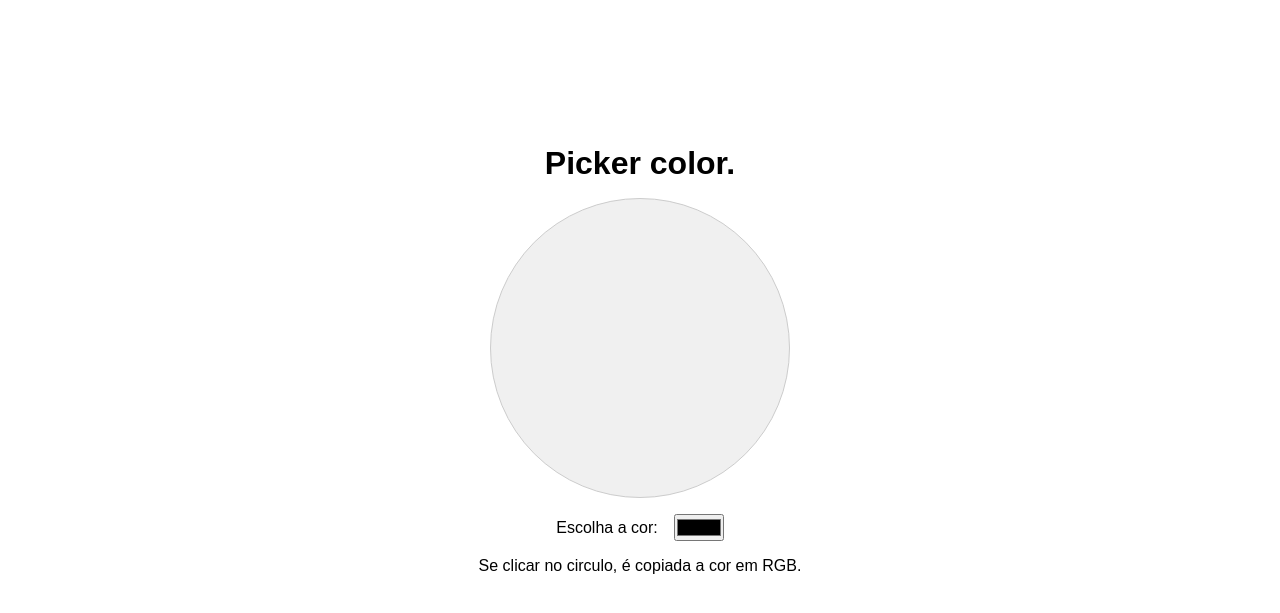
Repository: CarlosEduardoVdeOliveira/100_dias_de_codigo
Page: Dia 11/index.html
An editor plug-in stored every save of this project. The page is shown before and after a run of saves, followed by the edit.
The browser window is 1280 px wide. The pictures show the whole page.
Some web fonts or font styles are not loaded; a fallback is used.

Above is the page before, as saved 2024-09-13 14:32:12.

After the next 2 saves:
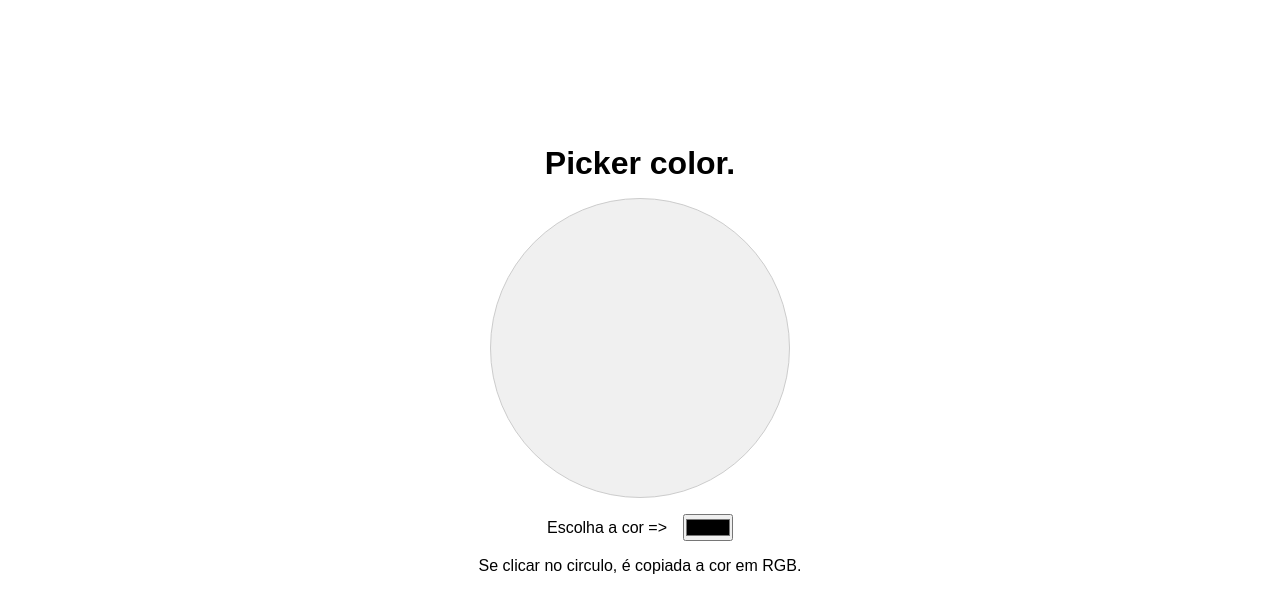
The 2 saves are shown as one change because they came seconds apart.
The last was saved 34 s later.
--- a/Dia 11/index.html
+++ b/Dia 11/index.html
@@ -11,7 +11,7 @@
     <h1>Picker color.</h1>
     <div class="circle"></div>
     <div class="group-input">
-      <label for="input-shape-color">Escolha a cor: </label>
+      <label for="input-shape-color">Escolha a cor => </label>
       <input type="color" name="input-shape-color" id="input-shape-color">
     </div>
     <span id="text-info">Se clicar no circulo, é copiada a cor em RGB.</span>

After the 2 saves that followed:
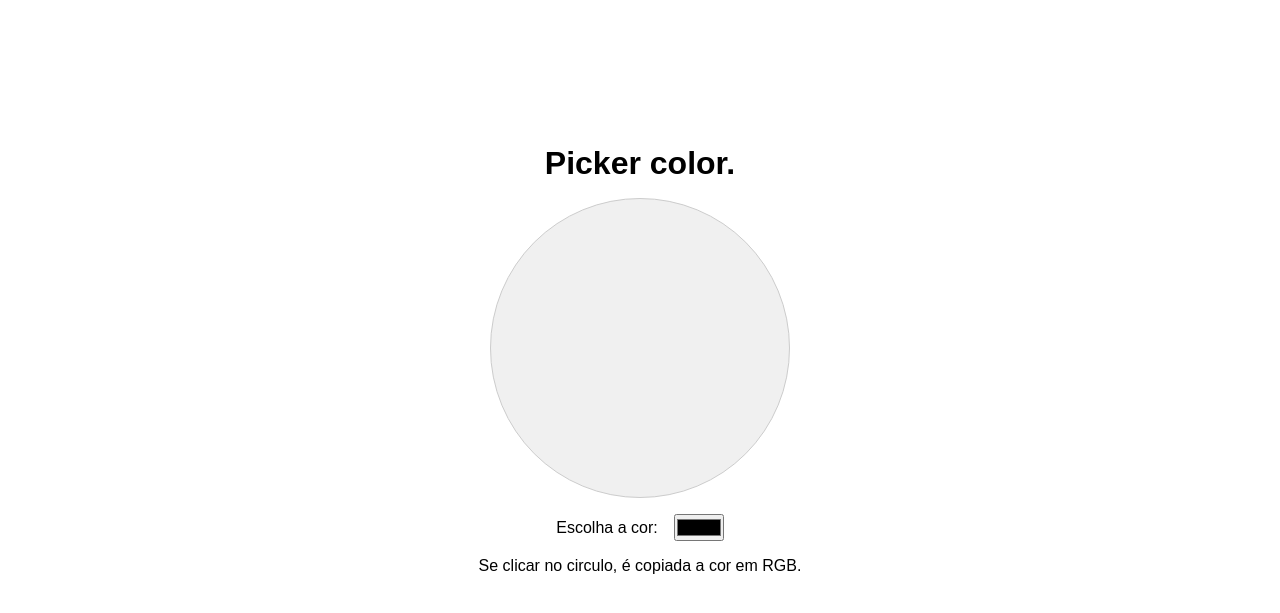
The 2 saves are shown as one change because they came seconds apart.
The last was saved 8 s later.
--- a/Dia 11/index.html
+++ b/Dia 11/index.html
@@ -11,7 +11,7 @@
     <h1>Picker color.</h1>
     <div class="circle"></div>
     <div class="group-input">
-      <label for="input-shape-color">Escolha a cor => </label>
+      <label for="input-shape-color">Escolha a cor: </label>
       <input type="color" name="input-shape-color" id="input-shape-color">
     </div>
     <span id="text-info">Se clicar no circulo, é copiada a cor em RGB.</span>
